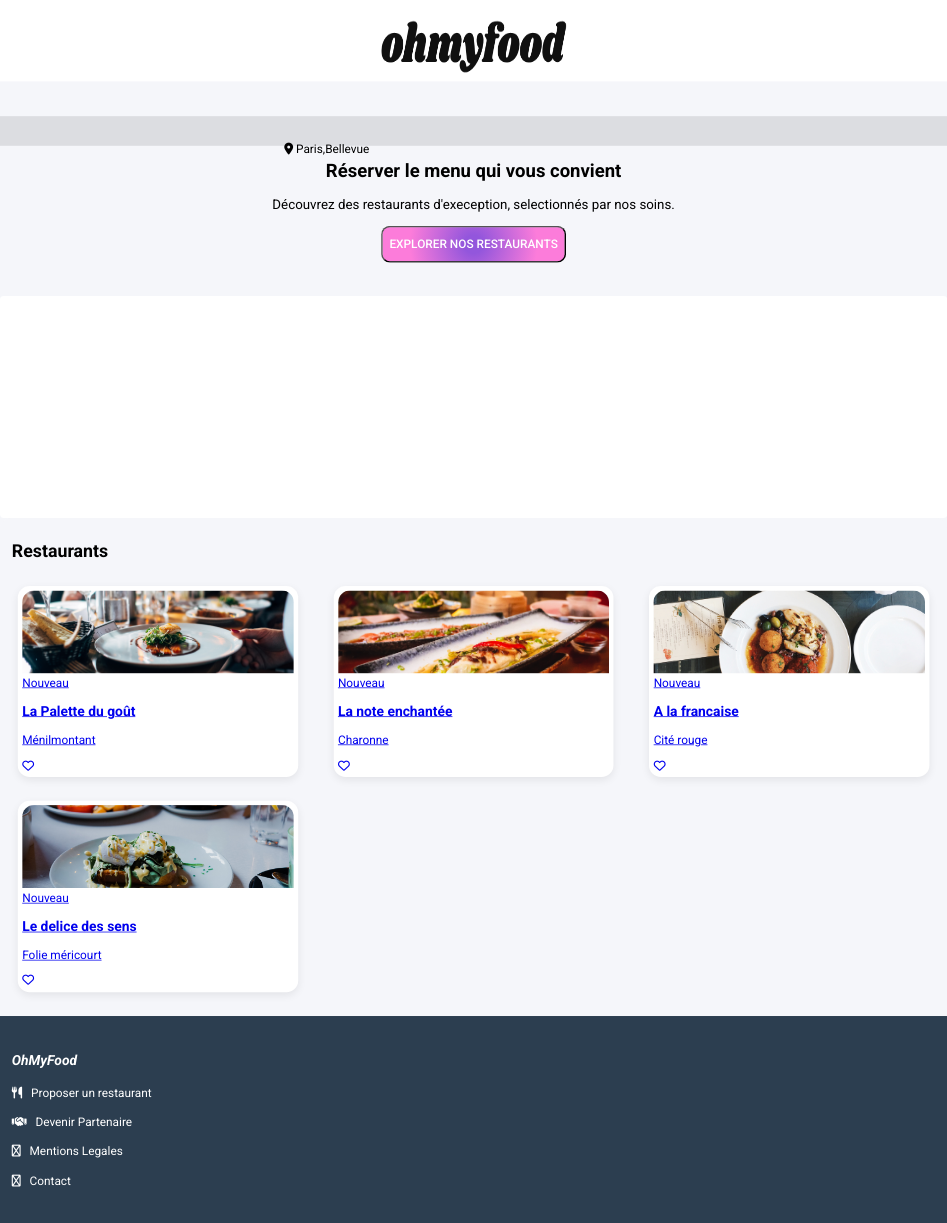
Repository: ultraasedev/ohmyfood
Page: index.html
These files come from the project's save history. The page is drawn as it stood at one moment and after the next save; the edit follows.
The browser window is 1280 px wide. The pictures show the whole page, at 74% of full size.
Some web fonts or font styles are not loaded; a fallback is used. Some web libraries are served in a nearby version.

Above is the page before, as saved 2022-10-27 17:16:18.

After the next save:
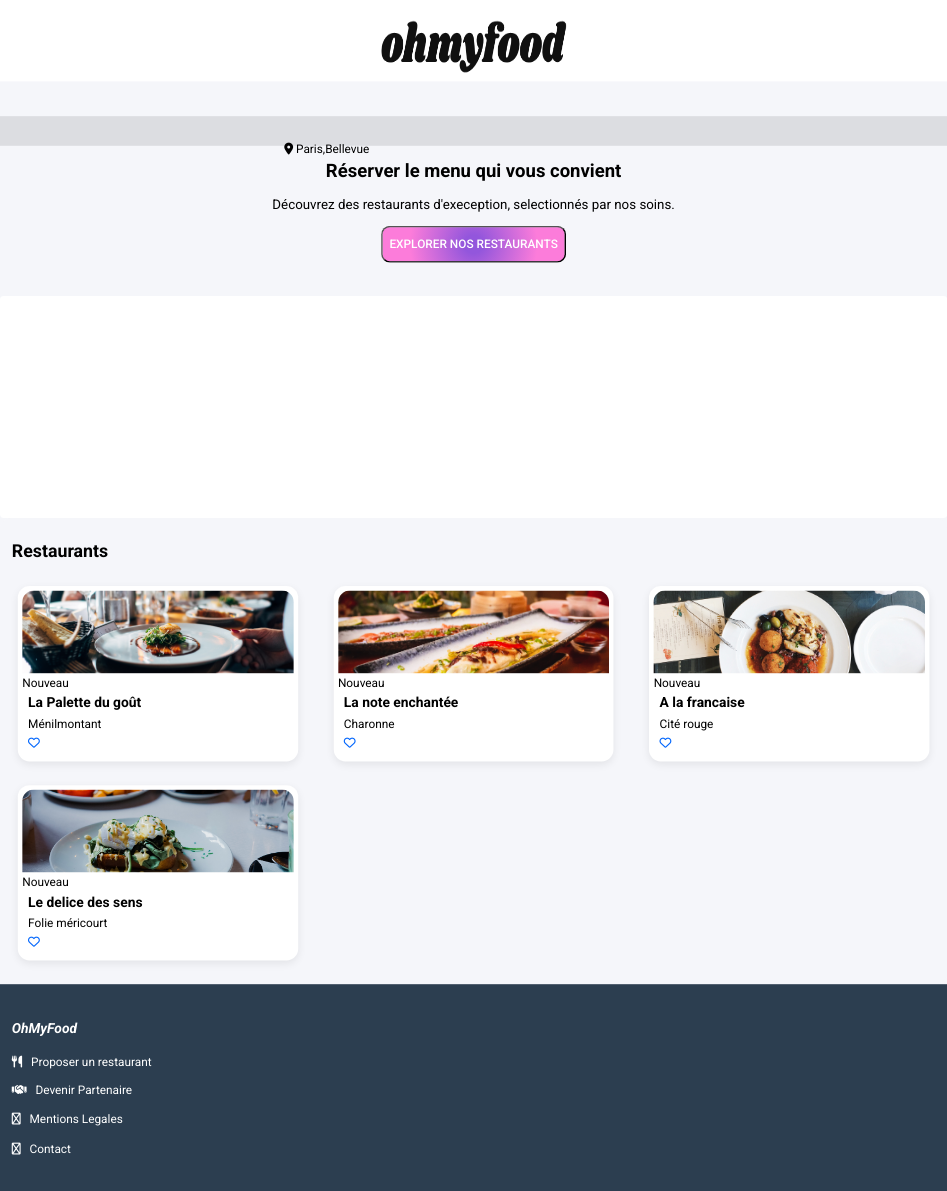
Saved 102 s later.
--- a/css/style.css
+++ b/css/style.css
@@ -149,6 +149,24 @@ header{
   object-fit: cover;
   width: 100%;
 }
+.cont-art .resto-card a {
+  text-decoration: none;
+  color: inherit;
+}
+
+.cont-art .resto-card h3 {
+  margin: 8px 8px 8px;
+}
+
+.cont-art .resto-card p {
+  margin: 8px 8px 8px;
+}
+
+.cont-art .resto-card .stars {
+  margin: 8px 8px 8px;
+  color: #0065fc;
+}
+/*FOOTER*/
 footer {
   background-color: #2c3e50;
   padding: 32px 16px;
